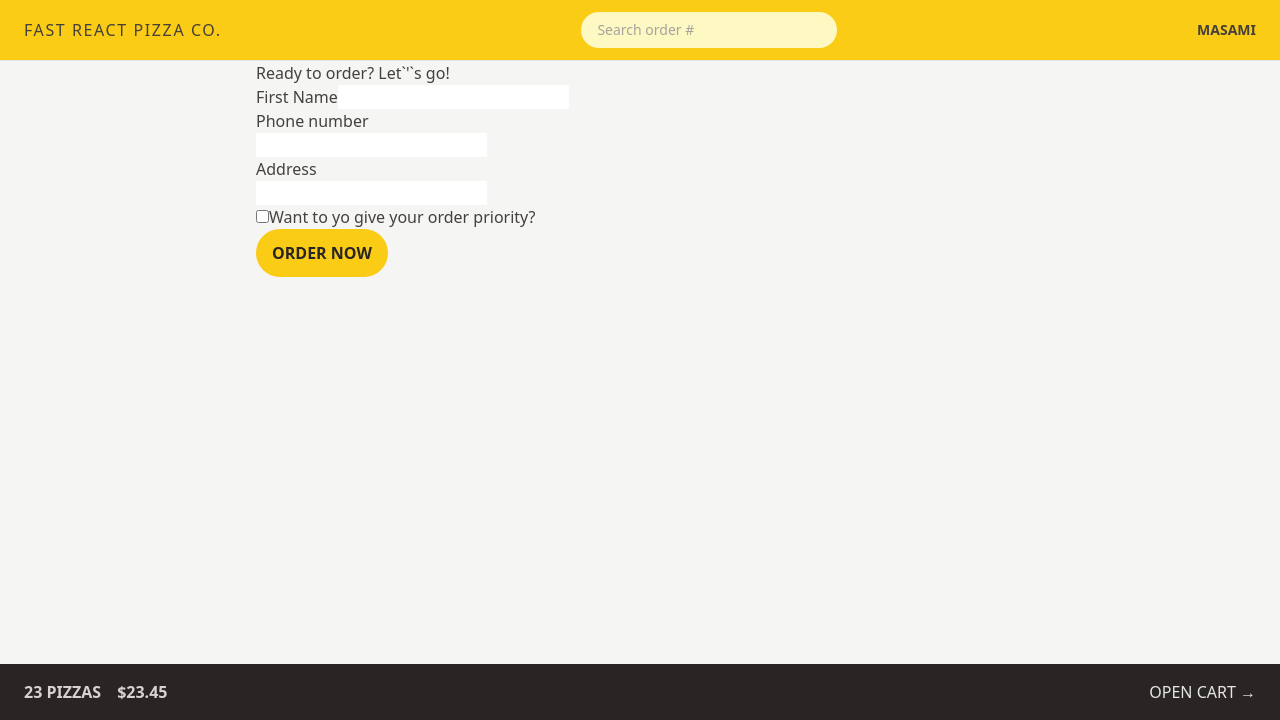
Repository: masamichan/pizza-vite
Page: /order/new
An editor plug-in stored every save of this project. The page is shown before and after the next save, followed by the edit.
The browser window is 1280 px wide. The pictures show the whole page.
The project was rebuilt for these pictures with package versions that can differ from the ones it lists, and the page was loaded fresh each time. Also part of the build but not shown: vite.config.js, src/ui/Home.jsx, src/utils/helpers.js, src/features/menu/MenuItem.jsx, src/features/menu/Menu.jsx, src/features/cart/Cart.jsx, src/features/order/Order.jsx, src/ui/Loader.jsx and 1 more. Imported but missing from the stored project, and not drawn on this page: src/features/user/CreateUser.

Above is the page before, as saved 2023-12-22 12:46:43.

### src/App.jsx
import { RouterProvider, createBrowserRouter } from "react-router-dom"
import Home from './ui/Home'
import Menu, {loader as menuLoader} from './features/menu/Menu';
import Cart from './features/cart/Cart';
import CreateOrder, {action as createOrderAction} from './features/order/CreateOrder';
import Order, {loader as orderLoader} from "./features/order/Order"
import AppLayout from "./ui/AppLayout";
import Error from "./ui/Error"

const router = createBrowserRouter([
  {
    element: <AppLayout />,
    errorElement: <Error />,
    children: [
  { path: "/", element: <Home/>},
  { path: "/menu", element: <Menu />, loader: menuLoader, errorElement: <Error />},
  {path: "/cart",element: <Cart />},
  {path: "/order/new",element: <CreateOrder />, action: createOrderAction},
  {path: "/order/:orderId", element: <Order />, loader: orderLoader, errorElement: <Error />}
    ],
  },
])




function App() {
  return <RouterProvider router={router} />
}

export default App

### src/features/order/CreateOrder.jsx
import { useState } from 'react';
import { Form, redirect, useActionData, useNavigation } from 'react-router-dom';
import { createOrder } from '../../services/apiRestaurant';

// https://uibakery.io/regex-library/phone-number
const isValidPhone = (str) =>
  /^\+?\d{1,4}?[-.\s]?\(?\d{1,3}?\)?[-.\s]?\d{1,4}[-.\s]?\d{1,4}[-.\s]?\d{1,9}$/.test(
    str,
  );

const fakeCart = [
  {
    pizzaId: 12,
    name: 'Mediterranean',
    quantity: 2,
    unitPrice: 16,
    totalPrice: 32,
  },
  {
    pizzaId: 6,
    name: 'Vegetale',
    quantity: 1,
    unitPrice: 13,
    totalPrice: 13,
  },
  {
    pizzaId: 11,
    name: 'Spinach and Mushroom',
    quantity: 1,
    unitPrice: 15,
    totalPrice: 15,
  },
];

function CreateOrder() {
  const navigation = useNavigation();
  const isSubmitting = navigation.state === 'submitting';

  const formErrors = useActionData();

  // const [withPriority, setWithPriority] = useState(false);
  const cart = fakeCart;

  return (
    <div>
      <h2>Ready to order? Let`&apos;`s go!</h2>

      <Form method="POST">
        <div>
          <label>First Name</label>
          <input type="text" name="customer" required />
        </div>

        <div>
          <label>Phone number</label>
          <div>
            <input type="tel" name="phone" required />
          </div>
          {formErrors?.phone && <p>{formErrors.phone}</p>}
        </div>

        <div>
          <label>Address</label>
          <div>
            <input type="text" name="address" required />
          </div>
        </div>

        <div>
          <input
            type="checkbox"
            name="priority"
            id="priority"
            // value={withPriority}
            // onChange={(e) => setWithPriority(e.target.checked)}
          />
          <label htmlFor="priority">Want to yo give your order priority?</label>
        </div>

        <div>
          <input type="hidden" name="cart" value={JSON.stringify(cart)} />
          <button
            disabled={isSubmitting}
            className="tracking-width activate:bg-slate-400 inline-block rounded-full bg-yellow-400 px-4 py-3 font-semibold
                       uppercase text-stone-800 transition-colors duration-300 hover:bg-yellow-300
                      focus:outline-none focus:ring focus:ring-yellow-300 focus:ring-offset-2 disabled:cursor-not-allowed"
          >
            {isSubmitting ? 'Placing order...' : 'Order now'}
          </button>
        </div>
      </Form>
    </div>
  );
}

export async function action({ request }) {
  const formData = await request.formData();
  const data = Object.fromEntries(formData);

  const order = {
    ...data,
    cart: JSON.parse(data.cart),
    priority: data.priority === 'on',
  };

  const errors = {};
  if (!isValidPhone(order.phone))
    errors.phone =
      'Please give us your correct phone number. We might need it to contact you.';

  if (Object.keys(errors).length > 0) return errors;

  const newOrder = await createOrder(order);

  return redirect(`/order/${newOrder.id}`);
}

export default CreateOrder;

### src/ui/AppLayout.jsx
import Header from './Header';
import Loader from './Loader';
import { Outlet, useNavigation } from 'react-router-dom';
import CartOverview from '../features/cart/CartOverview';

function AppLayout() {
  const navigation = useNavigation();
  const isLoading = navigation.state === 'loading';
  return (
    <div className="grid h-screen grid-rows-[auto_1fr_auto]">
      {isLoading && <Loader />}

      <Header />
      <div className="overflow-scroll">
        <main className="mx-auto max-w-3xl">
          <Outlet />
        </main>
      </div>
      <CartOverview />
    </div>
  );
}

export default AppLayout;

### src/services/apiRestaurant.js
const API_URL = 'https://react-fast-pizza-api.onrender.com/api';

export async function getMenu() {
  const res = await fetch(`${API_URL}/menu`);

  // fetch won't throw error on 400 errors (e.g. when URL is wrong), so we need to do it manually. This will then go into the catch block, where the message is set
  if (!res.ok) throw Error('Failed getting menu');

  const { data } = await res.json();
  return data;
}

export async function getOrder(id) {
  const res = await fetch(`${API_URL}/order/${id}`);
  if (!res.ok) throw Error(`Couldn't find order #${id}`);

  const { data } = await res.json();
  return data;
}

export async function createOrder(newOrder) {
  try {
    const res = await fetch(`${API_URL}/order`, {
      method: 'POST',
      body: JSON.stringify(newOrder),
      headers: {
        'Content-Type': 'application/json',
      },
    });

    if (!res.ok) throw Error();
    const { data } = await res.json();
    return data;
  } catch {
    throw Error('Failed creating your order');
  }
}

export async function updateOrder(id, updateObj) {
  try {
    const res = await fetch(`${API_URL}/order/${id}`, {
      method: 'PATCH',
      body: JSON.stringify(updateObj),
      headers: {
        'Content-Type': 'application/json',
      },
    });

    if (!res.ok) throw Error();
    // We don't need the data, so we don't return anything
  } catch (err) {
    throw Error('Failed updating your order');
  }
}

### src/ui/Header.jsx
import { Link } from 'react-router-dom';
import SearchOrder from '../features/order/SearchOrder';
import UserName from '../features/user/UserName';

function Header() {
  return (
    <header className="flex items-center justify-between border-b border-stone-200 bg-yellow-400 px-4 py-3 uppercase sm:px-6">
      <Link to="/" className="tracking-widest">
        Fast React Pizza Co.
      </Link>
      <SearchOrder />
      <UserName />
    </header>
  );
}

export default Header;

### src/features/cart/CartOverview.jsx
import { Link } from 'react-router-dom';

function CartOverview() {
  return (
    <div className="flex items-center justify-between bg-stone-800 px-4 py-4 text-sm uppercase text-stone-200 sm:px-6 md:text-base">
      <p className="sm-space-x-6 space-x-4 font-semibold text-stone-300">
        <span>23 pizzas</span>
        <span>$23.45</span>
      </p>
      <Link to="/cart">Open cart &rarr;</Link>
    </div>
  );
}

export default CartOverview;

### src/features/order/SearchOrder.jsx
import { useState } from 'react';
import { useNavigate } from 'react-router-dom';

function SearchOrder() {
  const [query, setQuery] = useState('');
  const navigate = useNavigate();

  function handleSubmit(e) {
    e.preventDefault();
    if (!query) return;
    navigate(`/order/${query}`);
    setQuery('');
  }

  return (
    <form onSubmit={handleSubmit}>
      <input
        placeholder="Search order #"
        value={query}
        onChange={(e) => setQuery(e.target.value)}
        className="focus: w-28 rounded-full bg-yellow-100 px-4 py-2
                   text-sm ring-yellow-500 transition-all duration-300
                   placeholder:text-stone-400 focus:outline-none focus:ring focus:ring-opacity-50 sm:w-64 sm:focus:w-72"
      />
    </form>
  );
}

export default SearchOrder;

### src/features/user/UserName.jsx
function UserName() {
  return <div className="hidden text-sm font-semibold md:block">Masami</div>;
}

export default UserName;

Loaded but not shown: index.html (common file); src/main.jsx (common file); src/index.css (common file); tailwind.config.js (common file)

After the next save:
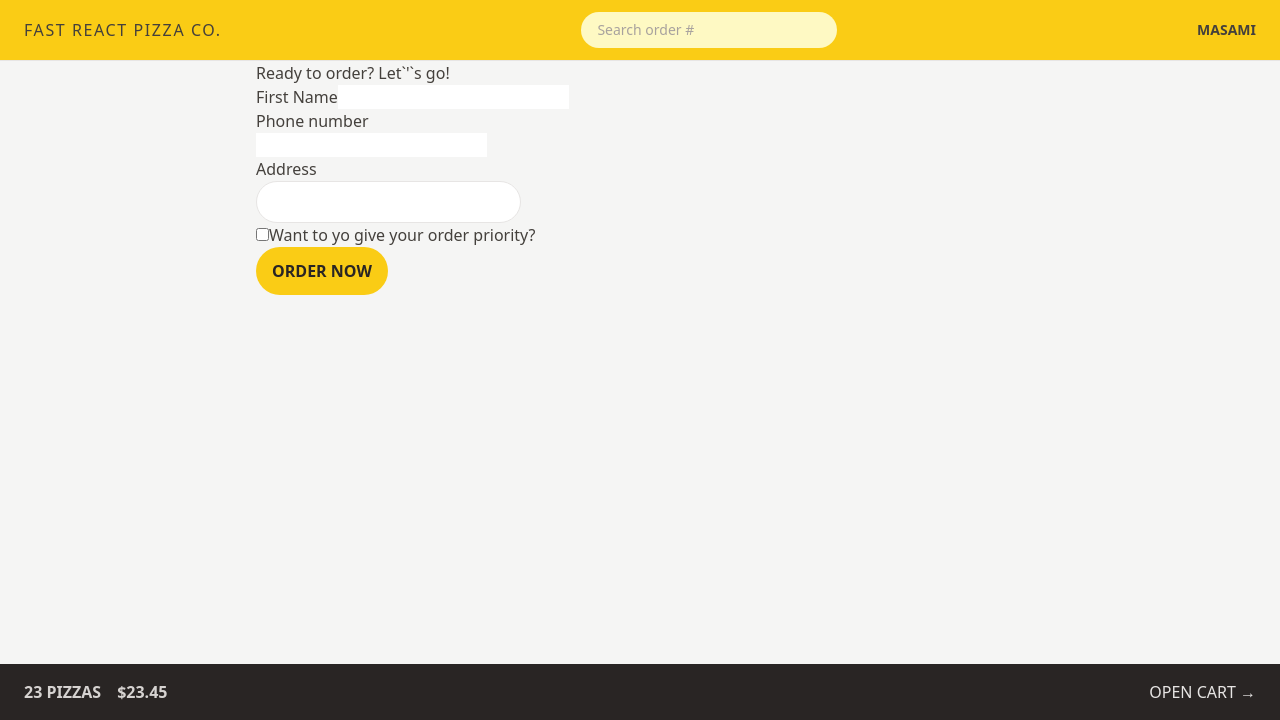
Saved 3 min 43 s later.
--- a/src/features/order/CreateOrder.jsx
+++ b/src/features/order/CreateOrder.jsx
@@ -62,7 +62,12 @@ function CreateOrder() {
         <div>
           <label>Address</label>
           <div>
-            <input type="text" name="address" required />
+            <input
+              className="rounded-full border border-stone-200 px-4 py-2"
+              type="text"
+              name="address"
+              required
+            />
           </div>
         </div>
 
